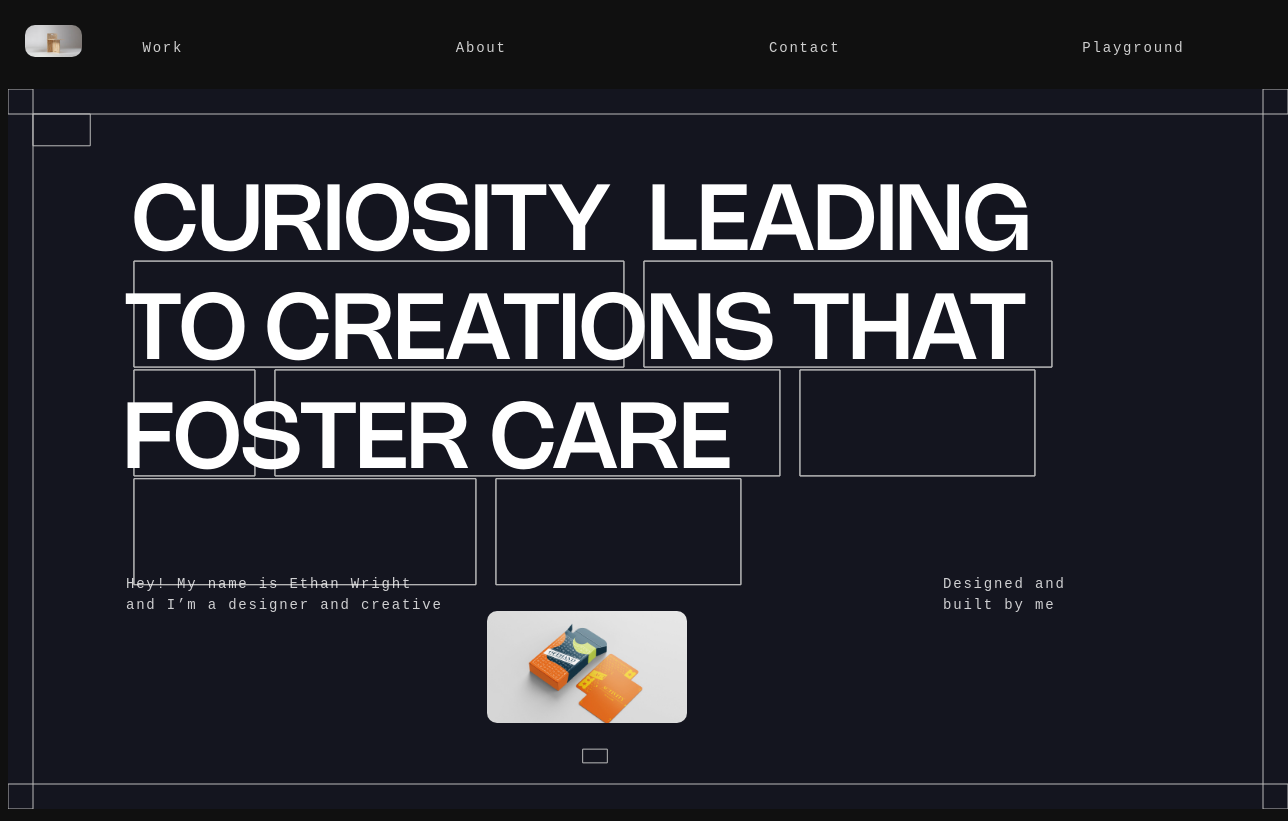
Repository: theethanwright/ethan_wright_portfolio
Page: home.html
These files come from the project's save history. The page is drawn as it stood at one moment and after the next save; the edit follows.
The browser window is 1280 px wide. The page is 1288 px wide, so the pictures cover 1288 px, including what lies to the right of the window. The pictures show the whole page.
Some web libraries are served in a nearby version.

Above is the page before, as saved 2023-12-24 22:07:53.

### home.html
<!DOCTYPE html>
<html lang="en">
<head>
    <meta charset="UTF-8">
    <meta name="viewport" content="width=device-width, initial-scale=1.0">
    <script defer src="node_modules/matter-js/build/matter.min.js"></script>
    <script defer src="app.js"></script>
    <link rel="stylesheet" href="style.css">
    <title>Home</title>
</head>
<body>
    <div class="container">
        <div class="logo">
            <svg xmlns="http://www.w3.org/2000/svg" width="16" height="17" viewBox="0 0 16 17" fill="none">
                <path d="M14.3673 0H3.61693C1.61938 0 0 1.6756 0 3.74249C0 5.80938 1.61938 7.48498 3.61693 7.48498H9.1428C12.5831 7.48498 15.372 4.59931 15.372 1.03958C15.372 0.46542 14.9221 0 14.3673 0Z" fill="white"/>
                <path d="M9.1428 8.72827H3.61693C1.61938 8.72827 0 10.4039 0 12.4708C0 14.5377 1.61938 16.2133 3.61693 16.2133H14.3673C14.9221 16.2133 15.372 15.7478 15.372 15.1737C15.372 11.6139 12.5831 8.72827 9.1428 8.72827Z" fill="white"/>
            </svg>
            <svg xmlns="http://www.w3.org/2000/svg" width="17" height="17" viewBox="0 0 17 17" fill="none">
                <path d="M1.63275 0C1.07786 0 0.628052 0.46542 0.628052 1.03958V12.8729C0.628052 14.9398 2.24743 16.6154 4.24498 16.6154C6.24253 16.6154 7.86191 14.9398 7.86191 12.8729V6.4454C7.86191 2.88567 5.07306 0 1.63275 0Z" fill="white"/>
                <path d="M15.2936 0C11.8532 0 9.06439 2.88567 9.06439 6.4454V12.8729C9.06439 14.9398 10.6838 16.6154 12.6813 16.6154C14.6789 16.6154 16.2983 14.9398 16.2983 12.8729V1.03958C16.2983 0.46542 15.8484 0 15.2936 0Z" fill="white"/>
            </svg>
        </div>
        <p>Work</p>
        <p>About</p>
        <p>Contact</p>
        <p>Playground</p>
    </div>
    <div class="text">CURIOSITY LEADING TO CREATIONS THAT FOSTER CARE </div>
    <img src="public/images/2.jpg" alt="" class="image" draggable="false">
    <img src="public/images/1.jpg" alt="" class="image" draggable="false">
    <div class="intro"><p>Hey! My name is Ethan Wright and I’m a designer and creative</p></div>
    <div class="fun-fact"><p>Designed and built by me</p></div>
</body>
</html>

### app.js
const canvasSize = {
    width: window.innerWidth,
    height: window.innerHeight
  };

  const lineHeight = (window.innerWidth * 8.5) / 100;
  const displayPaddingLeft = (window.innerWidth * 9.838) / 100;
  const displayPaddingTop = (window.innerHeight * 23.903) / 100;

  const spaceBetweenWords = 20;

  const splitWords = () => {
    const textNode = document.querySelector(".text");
    const text = textNode.textContent.trim(); // Remove leading/trailing whitespace
    const words = text.split(" ");
    const lines = [
      ["CURIOSITY", "LEADING"],
      ["TO", "CREATIONS", "THAT"],
      ["FOSTER", "CARE"]
    ];

    const lineDivs = lines.map((lineWords) => {
      const spanElements = lineWords.map((word) => {
        return `<span class="word">${word}</span>`;
      });
      return `<div class="line">${spanElements.join("")}</div>`;
    });

    textNode.innerHTML = lineDivs.join("");
  };

  splitWords();

const renderCanvas = () => {
  const Engine = Matter.Engine;
  const Render = Matter.Render;
  const World = Matter.World;
  const Body = Matter.Body;
  const Events = Matter.Events;
  const Bodies = Matter.Bodies;
  const Runner = Matter.Runner;
  const Composite = Matter.Composite;
  const params = {
    isStatic: true,
    render: {
      fillStyle: "transparent"
    }
  };

  const engine = Engine.create({});

  const render = Render.create({
    element: document.body,
    engine: engine,
    options: {
      ...canvasSize,
      background: "transparent",
      wireframes: true,
    }
  });

  // walls and other configurations remain the same...
  Composite.add(engine.world, [
      // walls
      Bodies.rectangle(
          canvasSize.width / 2,
          canvasSize.height,
          canvasSize.width,
          50,
          params,
     { isStatic: true }),
      Bodies.rectangle(
          0,
          canvasSize.height / 2,
          50,
          canvasSize.height,
          params,
           { isStatic: true }),
      Bodies.rectangle(
          canvasSize.width,
          canvasSize.height / 2,
          50,
          canvasSize.height,
          params,
           { isStatic: true }),
      Bodies.rectangle(
          canvasSize.width / 2,
          0,
          canvasSize.width,
          50,
          params,
           { isStatic: true })
  ]);

const imageBodies = [];
const imageElements = document.querySelectorAll(".image");

imageElements.forEach((imageElem) => {
    const randomLeft = Math.floor(Math.random() * window.innerWidth);
    const randomTop = Math.floor(Math.random() * window.innerHeight);
    const randomTime = Math.floor(Math.random() * 2000) + 500;
    var startTime = 0,
     scaleRate = 0;
     const scalingDuration = 200;
    const iBody = Bodies.rectangle(
        randomLeft,
        randomTop,
        9,
        5,
      {
        render: { fillStyle: "transparent" }
      }
     );


     Events.on(engine, 'beforeUpdate', function (event) {
      var timeScale = (event.delta || (1000 / 60)) / 1000;

      if (scaleRate > 0) {
        Body.scale(iBody, 1 + (scaleRate * timeScale), 1 + (scaleRate * timeScale));
      }

      if (engine.timing.timestamp - startTime >= randomTime &&
          engine.timing.timestamp - startTime <= randomTime + scalingDuration) {
        // start scaling
        scaleRate = 1;

        // update last time
        startTime = randomTime + scalingDuration;
      }

      if (engine.timing.timestamp - startTime >= randomTime + scalingDuration) {
        // stop scaling
        scaleRate = 0;

        // reset start time
        startTime = engine.timing.timestamp;
      }
    });


     imageBodies.push({ iBody, imageElem});

    });


    const wordBodies = [];
    const lineDivs = document.querySelectorAll(".line");

    let currentY = displayPaddingTop; // Starting Y-coordinate for the first line
    lineDivs.forEach((lineDiv) => {
      const wordElements = lineDiv.querySelectorAll(".word");
      let currentX = displayPaddingLeft; // Starting X-coordinate for each line

      wordElements.forEach((wordElem) => {
        const width = wordElem.offsetWidth;
        const height = wordElem.offsetHeight;

        const body = Bodies.rectangle(
          currentX + width / 2,
          currentY + height / 2,
          width,
          height,
          {
            render: { fillStyle: "transparent" }
          }
        );

        wordBodies.push({ body, elem: wordElem });

        currentX += width + spaceBetweenWords;
      });

      currentY += lineHeight; // Adjust this value for vertical spacing between lines
    });

    World.add(engine.world, [
      ...wordBodies.map((box) => box.body),
      ...imageBodies.map((box) =>box.iBody),
    ]);

  engine.gravity.y = 0;

  render.options.showCollisions

  const mouse = Matter.Mouse.create(document.body);
  const mouseConstraint = Matter.MouseConstraint.create(engine, {
    mouse,
    constraint: {
      stiffness: 0.2,
      render: {
        visible: false
      }
    }
  });
  mouse.element.removeEventListener("mousewheel", mouse.mousewheel);
  mouse.element.removeEventListener("DOMMouseScroll", mouse.mousewheel);

  World.add(engine.world, [
    ...wordBodies.map((box) => box.body),
    mouseConstraint
  ]);
  render.mouse = mouse;
  Runner.run(engine);
  Render.run(render);

  (function rerender() {
    wordBodies.forEach(({ body, elem }) => {
    const { x, y } = body.position;
    elem.style.top = `${y - elem.offsetHeight / 2}px`;
    elem.style.left = `${x - elem.offsetWidth / 2}px`;
    elem.style.transform = `rotate(${body.angle}rad)`;
});

imageBodies.forEach(({ iBody, imageElem }) => {
    const { x, y } = iBody.position
    imageElem.style.top = `${y - imageElem.offsetHeight / 2}px`;
    imageElem.style.left = `${x - imageElem.offsetWidth / 2}px`;
    imageElem.style.width = `${iBody.bounds.max.x - iBody.bounds.min.y}px`;
    imageElem.style.transform = `rotate(${iBody.angle}rad)`;
  });

Matter.Engine.update(engine);
requestAnimationFrame(rerender);
})();

};

window.addEventListener("resize", () => {
  // Update canvasSize when the window is resized
  canvasSize.width = window.innerWidth;
  canvasSize.height = window.innerHeight;

  // Rerender canvas with the updated size
  renderCanvas();
});

window.addEventListener("DOMContentLoaded", (event) => {
  splitWords();
  renderCanvas();
});

### style.css
@font-face {
    font-family: "Nohemi";
    src: url(public/fonts/Nohemi-Medium.woff2);
  }

@import url('https://fonts.googleapis.com/css2?family=IBM+Plex+Mono&display=swap');

p {
    color: rgba(255, 255, 255, 0.80);
    font-family: 'IBM Plex Mono', monospace;
    font-size: 14px;
    font-style: normal;
    font-weight: 400;
    line-height: 150%; /* 21px */
    letter-spacing: 1.82px;
}

  body {
    display: block;
    overflow: hidden;
    background: #101010;
  }

.container {
    padding: 16px 30px;
    display: grid;
    margin: 0;
    grid-template-columns: repeat(12, 6.771vw);
    gap: 1.389vw;
}

.word {
    position: absolute;
    transform-origin: 50% 50%;
    cursor: grab;
    user-select: none;
    font-family: "Nohemi";
    color: #fff;
    font-size: 7.176vw;
    margin-right: 10px;
    line-height: auto;
  }

.logo {
    grid-column-start: 1;
    display: flex;
    width: 34px;
    height: 16px;
    justify-content: center;
    align-items: center;
    gap: 3.256px;
    justify-self: start;
    align-self: center;
  }

  p:nth-child(2) {
    grid-column-start: 2;
    justify-self: start;
    align-self: center;
  }

  p:nth-child(3) {
    grid-column-start: 5;
    justify-self: start;
    align-self: center;
  }

  p:nth-child(4) {
    grid-column-start: 8;
    justify-self: start;
    align-self: center;
  }

  p:nth-child(5) {
    grid-column-start: 11;
    justify-self: start;
    align-self: center;
  }

  .intro {
    position: absolute;
    top: 77.798vh;
    left: 9.838vw;
    width: 320px;
  }

  .fun-fact {
    position: absolute;
    top: 77.798vh;
    left: 73.669vw;
    width: 143px;
    height: 42px;
  }

  .image {
    position: absolute;
    width: 200px;
    height: auto;
    flex-shrink: 0;

    border-radius: 10px;
  }

After the next save:
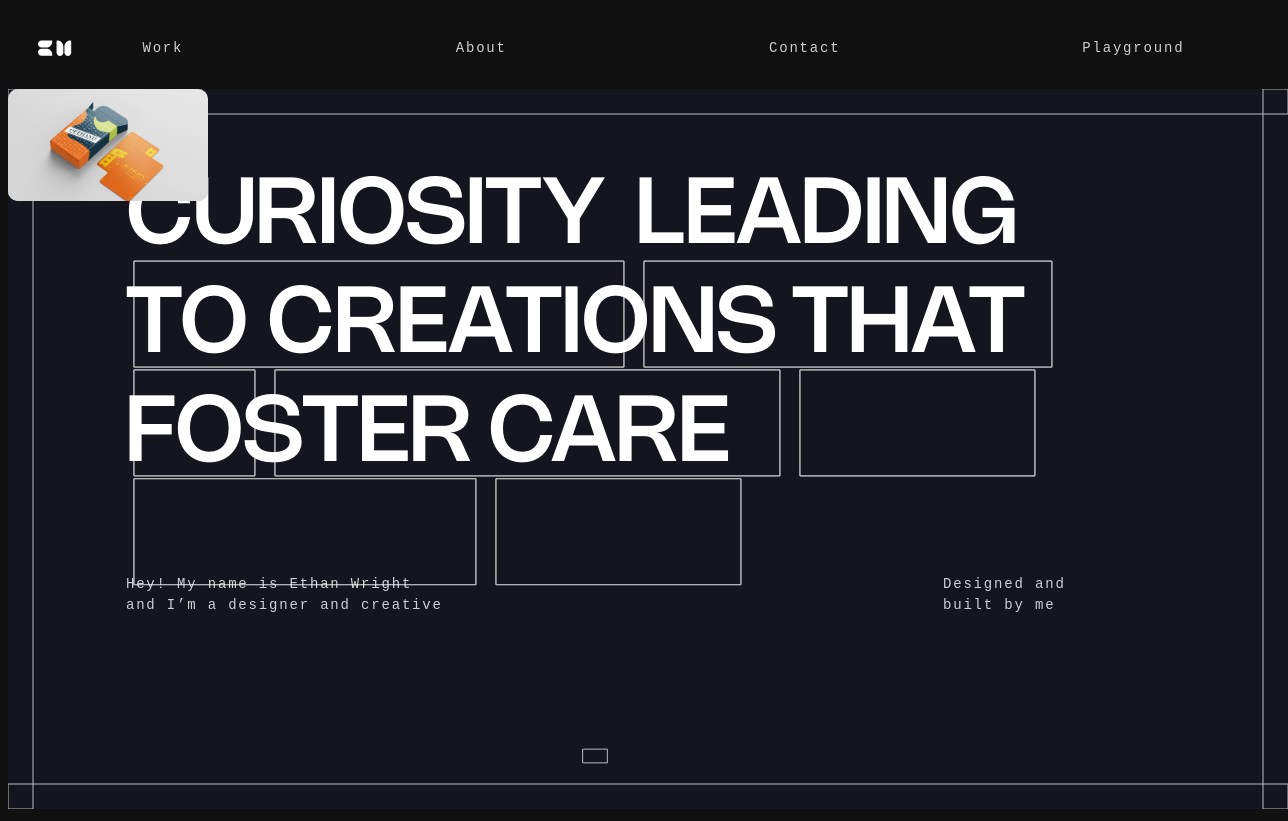
Console error: TypeError: Cannot read properties of undefined (reading '0')
Saved 19 min 36 s later.
--- a/app.js
+++ b/app.js
@@ -212,11 +212,18 @@
     elem.style.transform = `rotate(${body.angle}rad)`;
 });
 
+  function distance(x1, y1, x2, y2){
+    var x = Math.abs(x1-x2)
+    var y = Math.abs(y1-y2)
+    return Math.sqrt((x*x)+(y*y))
+  }
+
 imageBodies.forEach(({ iBody, imageElem }) => {
     const { x, y } = iBody.position
+    const width = distance(iBody.vertices[0].x, iBody.verticies[0].y, iBody.vertices[1].x, iBody.vertices[1].y)
     imageElem.style.top = `${y - imageElem.offsetHeight / 2}px`;
     imageElem.style.left = `${x - imageElem.offsetWidth / 2}px`;
-    imageElem.style.width = `${iBody.bounds.max.x - iBody.bounds.min.y}px`;
+    imageElem.style.width = `${width}px`;
     imageElem.style.transform = `rotate(${iBody.angle}rad)`;
   });
 

After the 4 saves that followed:
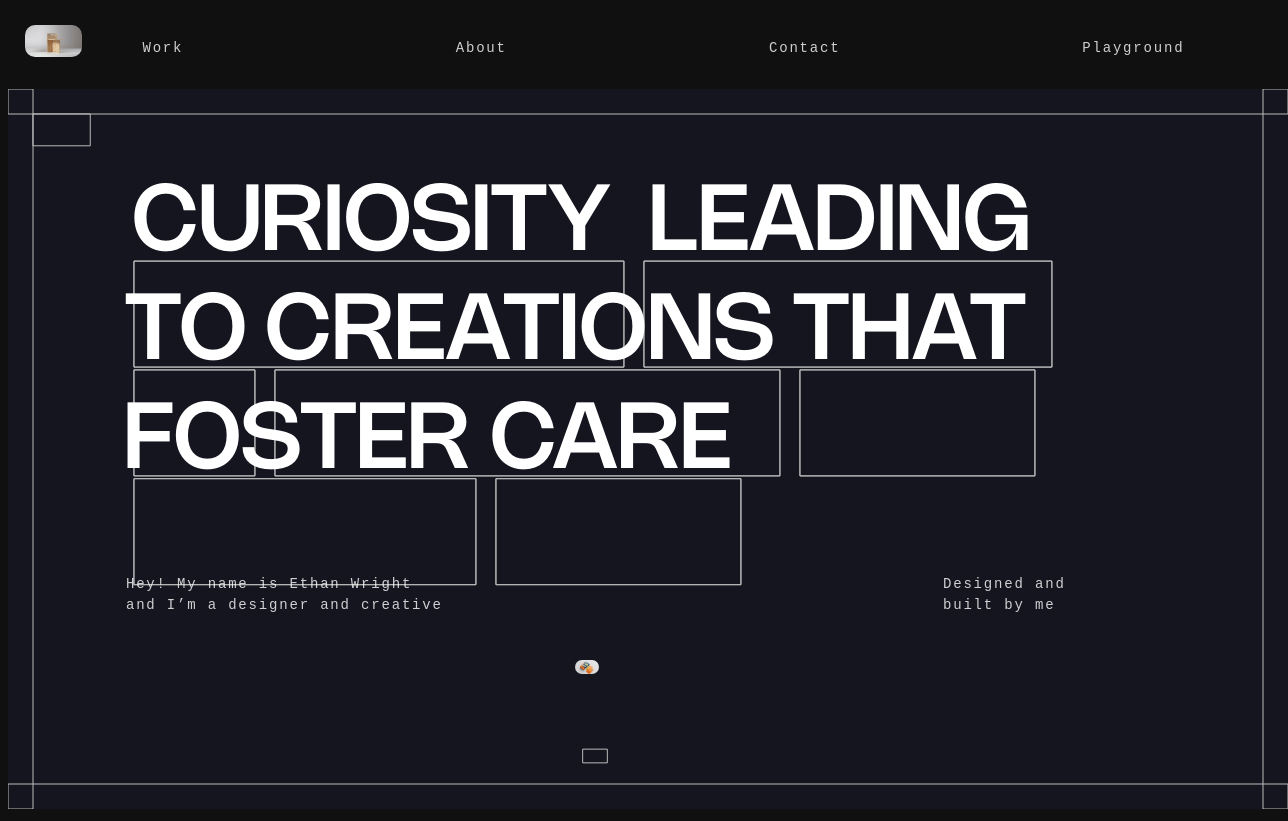
The error is gone.
The 4 saves are shown as one change because 3 left the picture as it was.
The last was saved 5 min 19 s later.
--- a/app.js
+++ b/app.js
@@ -112,7 +112,6 @@
       }
      );
 
-
      Events.on(engine, 'beforeUpdate', function (event) {
       var timeScale = (event.delta || (1000 / 60)) / 1000;
 
@@ -220,7 +219,7 @@
 
 imageBodies.forEach(({ iBody, imageElem }) => {
     const { x, y } = iBody.position
-    const width = distance(iBody.vertices[0].x, iBody.verticies[0].y, iBody.vertices[1].x, iBody.vertices[1].y)
+    const width = distance(iBody.vertices[0].x, iBody.vertices[0].y, iBody.vertices[1].x, iBody.vertices[1].y)
     imageElem.style.top = `${y - imageElem.offsetHeight / 2}px`;
     imageElem.style.left = `${x - imageElem.offsetWidth / 2}px`;
     imageElem.style.width = `${width}px`;
